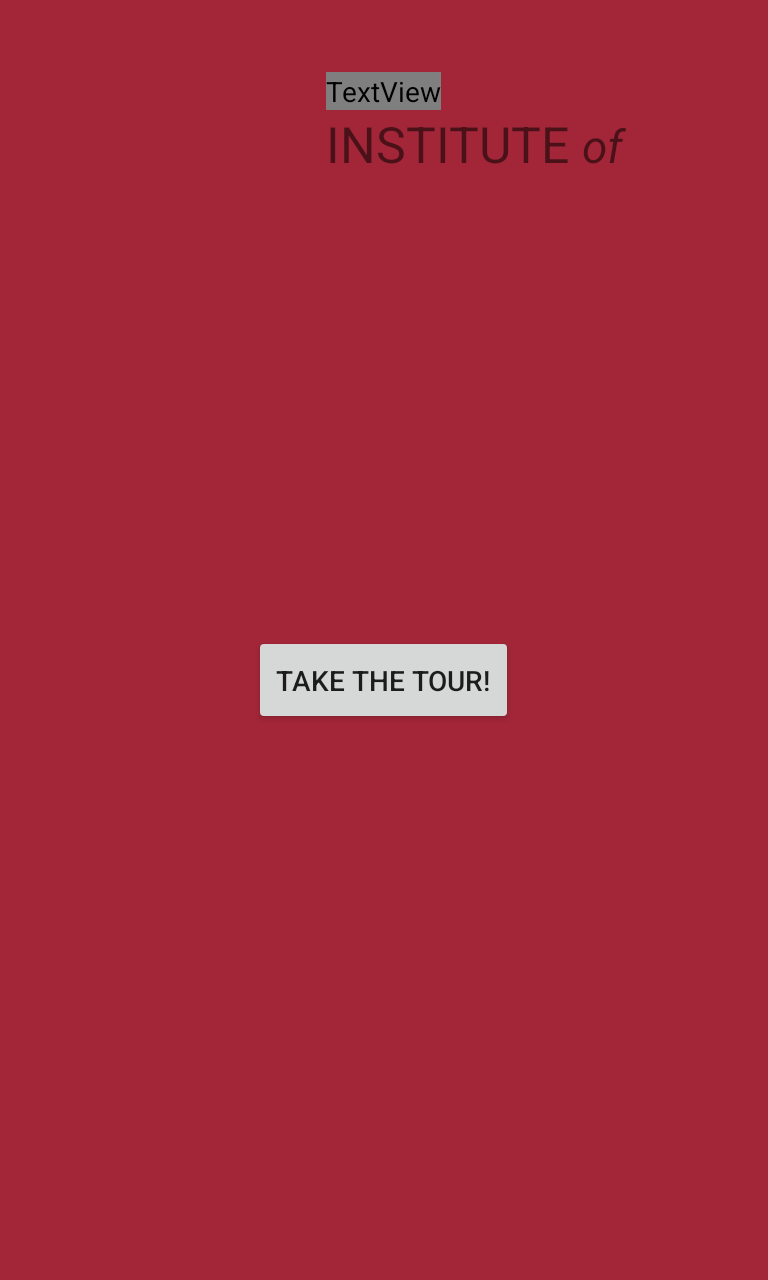
Repository: Klyros/StevensTourApp
Layout: StevensTourApp/res/layout/activity_home_screen.xml
The author's editor kept a copy of each file at every save. The layout is drawn from the files as they stood at one save, then again after the next save.
Pictures or frames that could not be fetched are drawn as grey boxes. It is drawn on a 768 x 1280 px phone screen (xhdpi) without system bars, with theme AppTheme; the app's code is not run.

Above is the layout before, as saved 2014-08-23 23:31:12.

### StevensTourApp/res/layout/activity_home_screen.xml
<RelativeLayout xmlns:android="http://schemas.android.com/apk/res/android"
    xmlns:tools="http://schemas.android.com/tools"
    android:layout_width="match_parent"
    android:layout_height="match_parent"
    android:paddingBottom="@dimen/activity_vertical_margin"
    android:paddingLeft="@dimen/activity_horizontal_margin"
    android:paddingRight="@dimen/activity_horizontal_margin"
    android:paddingTop="@dimen/activity_vertical_margin"
    tools:context="edu.stevens.stevenstourapp.HomeScreen" >



    <Button
        android:id="@+id/btnTour"
        android:layout_width="wrap_content"
        android:layout_height="wrap_content"
        android:layout_below="@+id/editText1"
        android:layout_centerHorizontal="true"
        android:layout_marginTop="300dp"
        android:text="Take the Tour!" />

    <TextView
        android:id="@+id/stevensTitle"
        android:layout_width="wrap_content"
        android:layout_height="wrap_content"
        android:layout_alignParentTop="true"
        android:layout_centerHorizontal="true"
		android:textSize="80sp"
		android:fontFamily="Angleterre Book"
        android:layout_marginTop="20dp"
        android:text="Stevens" />

        <TextView
            android:id="@+id/stevensInstitute"
            android:layout_width="wrap_content"
            android:layout_height="wrap_content"
            android:layout_alignLeft="@+id/stevensTitle"
            android:layout_below="@+id/stevensTitle"
            android:textSize="25sp"
            android:text="INSTITUTE " />

        <TextView
            android:id="@+id/stevensOf"
            android:layout_width="wrap_content"
            android:layout_height="wrap_content"
            android:layout_alignBaseline="@+id/stevensInstitute"
            android:layout_alignBottom="@+id/stevensInstitute"
            android:layout_toRightOf="@+id/stevensInstitute"
            android:textStyle="italic"
            android:textSize="23sp"
            android:text="of  " />

        <TextView
            android:id="@+id/stevensTechnology"
            android:layout_width="wrap_content"
            android:layout_height="wrap_content"
            android:layout_alignBaseline="@+id/stevensOf"
            android:layout_alignBottom="@+id/stevensOf"
            android:layout_alignRight="@+id/stevensTitle"
            android:layout_toRightOf="@+id/stevensOf"
            android:text="TECHNOLOGY"
            android:textSize="25sp" />

</RelativeLayout>

### StevensTourApp/res/values/colors.xml
<?xml version="1.0" encoding="utf-8"?>
<resources>
    <color name="background">#A32638</color>
</resources>

Loaded but not shown: StevensTourApp/res/values/styles.xml (common file); StevensTourApp/res/values-v11/styles.xml (common file); StevensTourApp/res/values-v14/styles.xml (common file); StevensTourApp/res/values/dimens.xml (common file); StevensTourApp/res/values-w820dp/dimens.xml (common file)

After the next save:
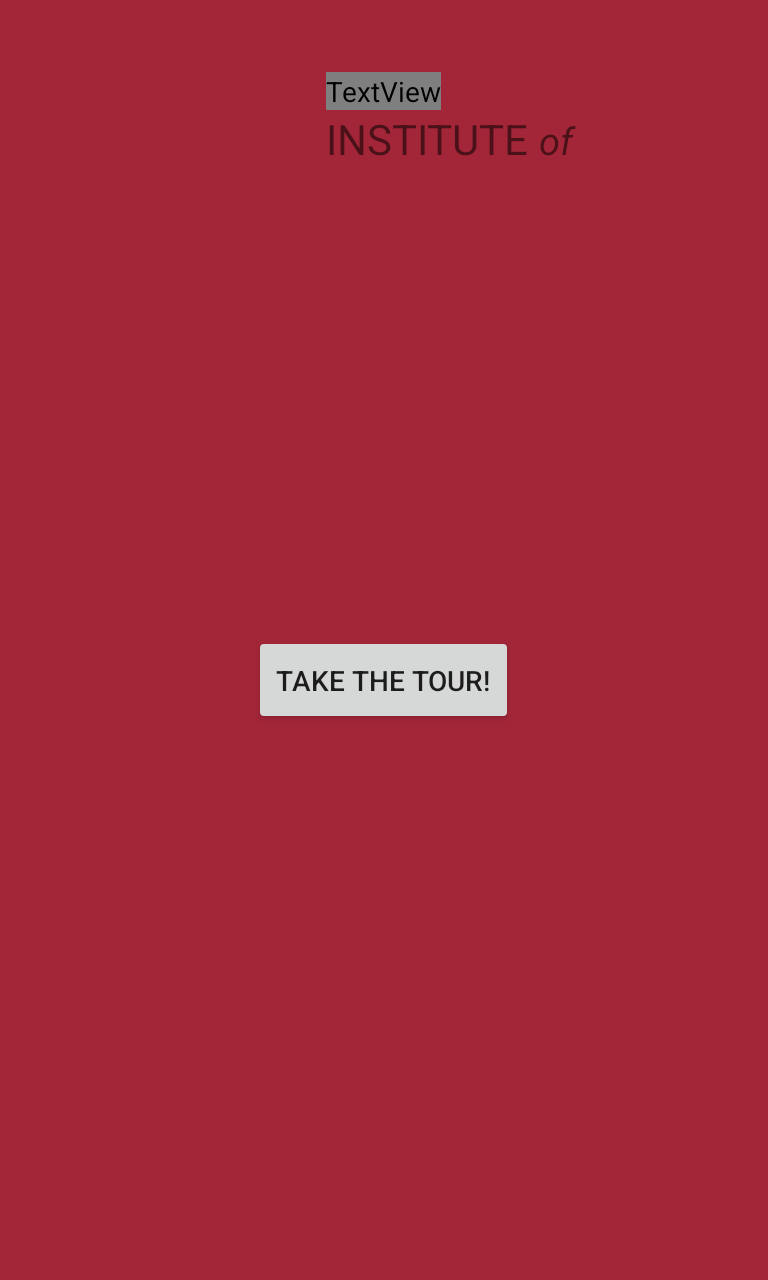
Saved 38 s later.
--- a/StevensTourApp/res/layout/activity_home_screen.xml
+++ b/StevensTourApp/res/layout/activity_home_screen.xml
@@ -36,7 +36,7 @@
             android:layout_height="wrap_content"
             android:layout_alignLeft="@+id/stevensTitle"
             android:layout_below="@+id/stevensTitle"
-            android:textSize="25sp"
+            android:textSize="21sp"
             android:text="INSTITUTE " />
 
         <TextView
@@ -47,7 +47,7 @@
             android:layout_alignBottom="@+id/stevensInstitute"
             android:layout_toRightOf="@+id/stevensInstitute"
             android:textStyle="italic"
-            android:textSize="23sp"
+            android:textSize="19sp"
             android:text="of  " />
 
         <TextView
@@ -59,6 +59,6 @@
             android:layout_alignRight="@+id/stevensTitle"
             android:layout_toRightOf="@+id/stevensOf"
             android:text="TECHNOLOGY"
-            android:textSize="25sp" />
+            android:textSize="21sp" />
 
 </RelativeLayout>
